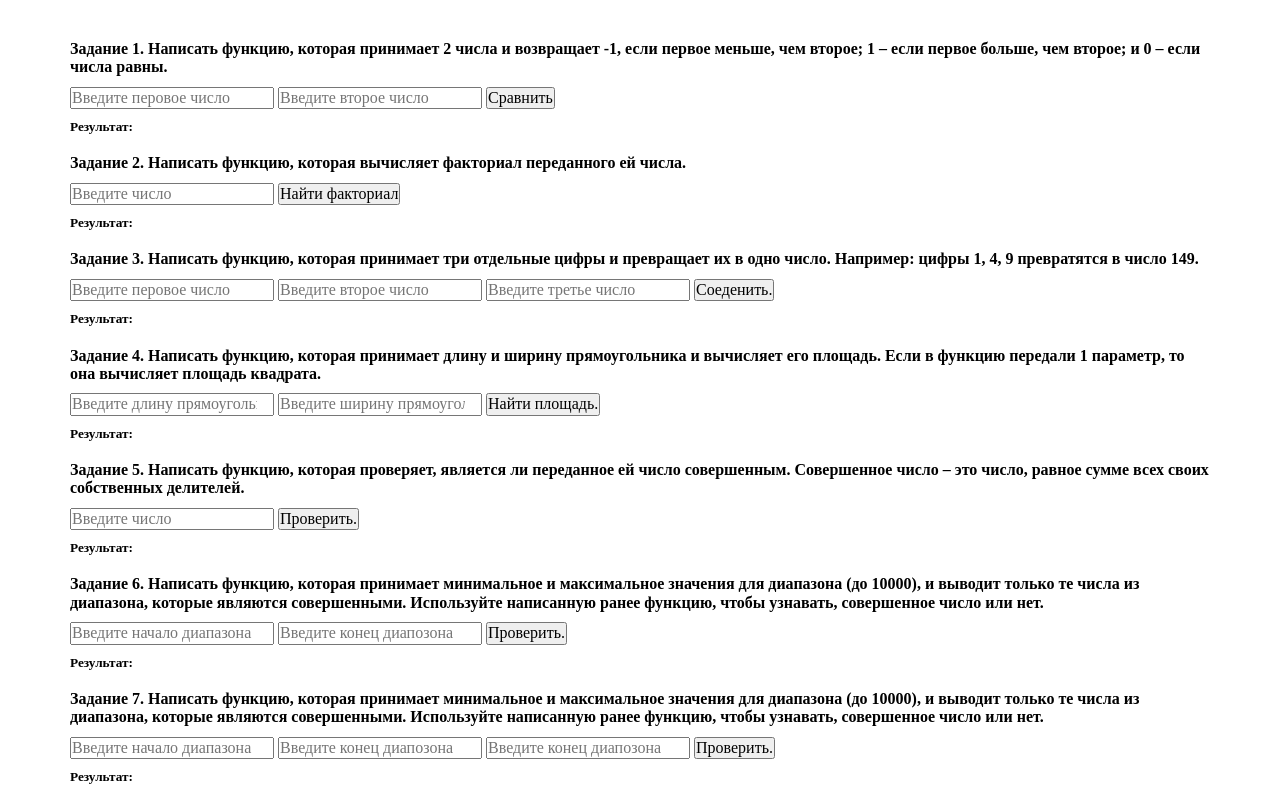
Repository: NastyaGavrilova/Beetroot-js
Page: HW3/index.html
An editor plug-in stored every save of this project. The page is shown before and after the next save, followed by the edit.
The browser window is 1280 px wide. The pictures show the whole page.

Above is the page before, as saved 2021-10-18 17:19:52.

After the next save:
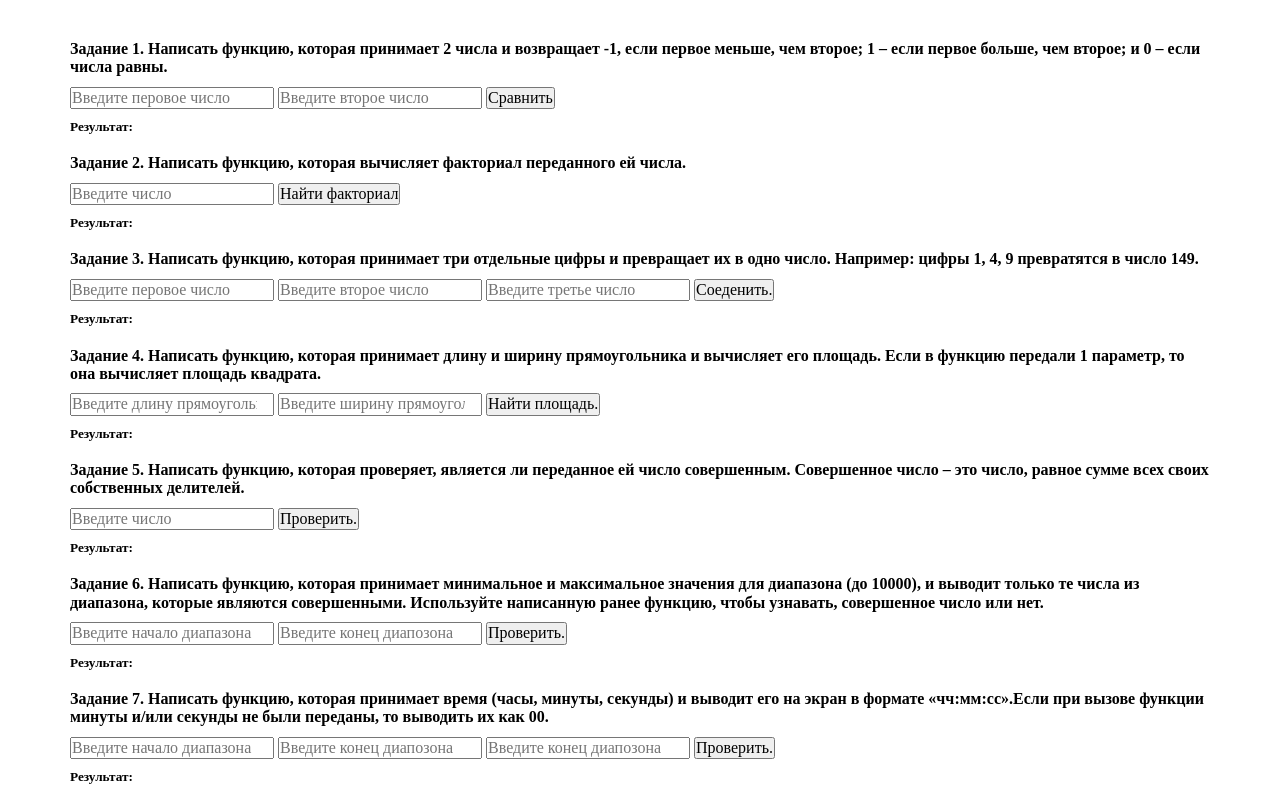
Saved 26 s later.
--- a/HW3/index.html
+++ b/HW3/index.html
@@ -166,16 +166,15 @@
 
     <section class="c-task-seven c-tasks">
       <h4 class="c-task-seven__title c-title">
-        Задание 7. Написать функцию, которая принимает минимальное и
-        максимальное значения для диапазона (до 10000), и выводит только те
-        числа из диапазона, которые являются совершенными. Используйте
-        написанную ранее функцию, чтобы узнавать, совершенное число или нет.
+        Задание 7. Написать функцию, которая принимает время (часы, минуты,
+        секунды) и выводит его на экран в формате «чч:мм:сс».Если при вызове
+        функции минуты и/или секунды не были переданы, то выводить их как 00.
       </h4>
       <form
         action="#"
         method="post"
         class="c-task-seven__form c-form"
-        id="js-task6-form"
+        id="js-task7-form"
       >
         <input
           type="number"
